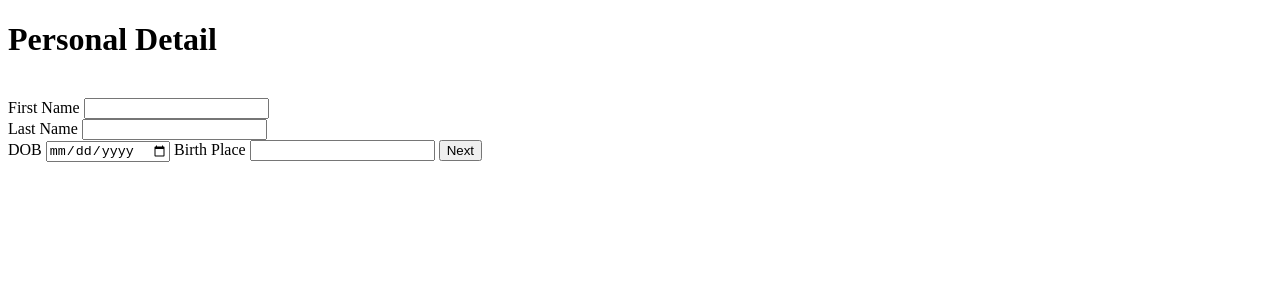
Repository: gotoharjeet/s2
Page: sessionDemo/src/main/webapp/one.html
These files come from the project's save history. The page is drawn as it stood at one moment and after the next save; the edit follows.
The browser window is 1280 px wide. The pictures show the whole page.

Above is the page before, as saved 2022-05-26 16:06:24.

### sessionDemo/src/main/webapp/one.html
<!DOCTYPE html>
<html>
<head>
<meta charset="UTF-8">
<title>First Page</title>
</head>
<body action="FirstServlet" method="post">
	<h1>Personal Detail</h1><br/>
	First Name <input type="text" name="fname"><br/>
	Last Name <input type="text" name="lname"><br/>
    DOB <input type="date" name="dob" required pattern="\d{2}-\d{2}-\d{4}">
	Birth Place <input type="text" name="bplace">
	<input type="submit" value="Next">
</body>
</html>

After the next save:
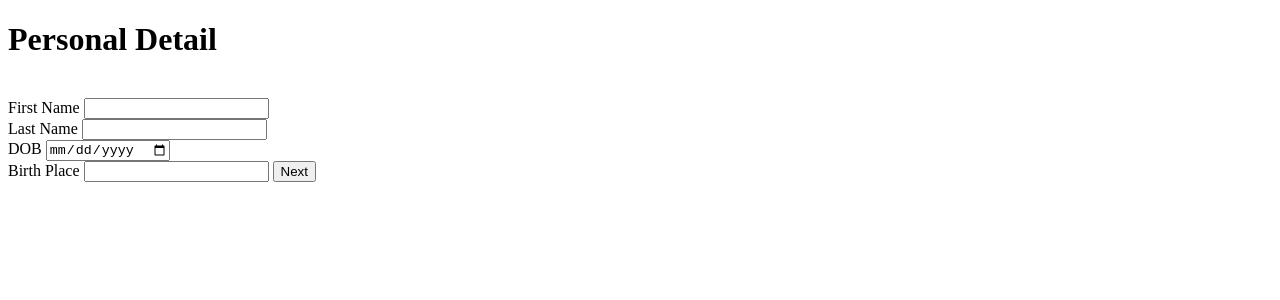
Saved 16 s later.
--- a/sessionDemo/src/main/webapp/one.html
+++ b/sessionDemo/src/main/webapp/one.html
@@ -8,7 +8,7 @@
 	<h1>Personal Detail</h1><br/>
 	First Name <input type="text" name="fname"><br/>
 	Last Name <input type="text" name="lname"><br/>
-    DOB <input type="date" name="dob" required pattern="\d{2}-\d{2}-\d{4}">
+    DOB <input type="date" name="dob" required pattern="\d{2}-\d{2}-\d{4}"><br/>
 	Birth Place <input type="text" name="bplace">
 	<input type="submit" value="Next">
 </body>
